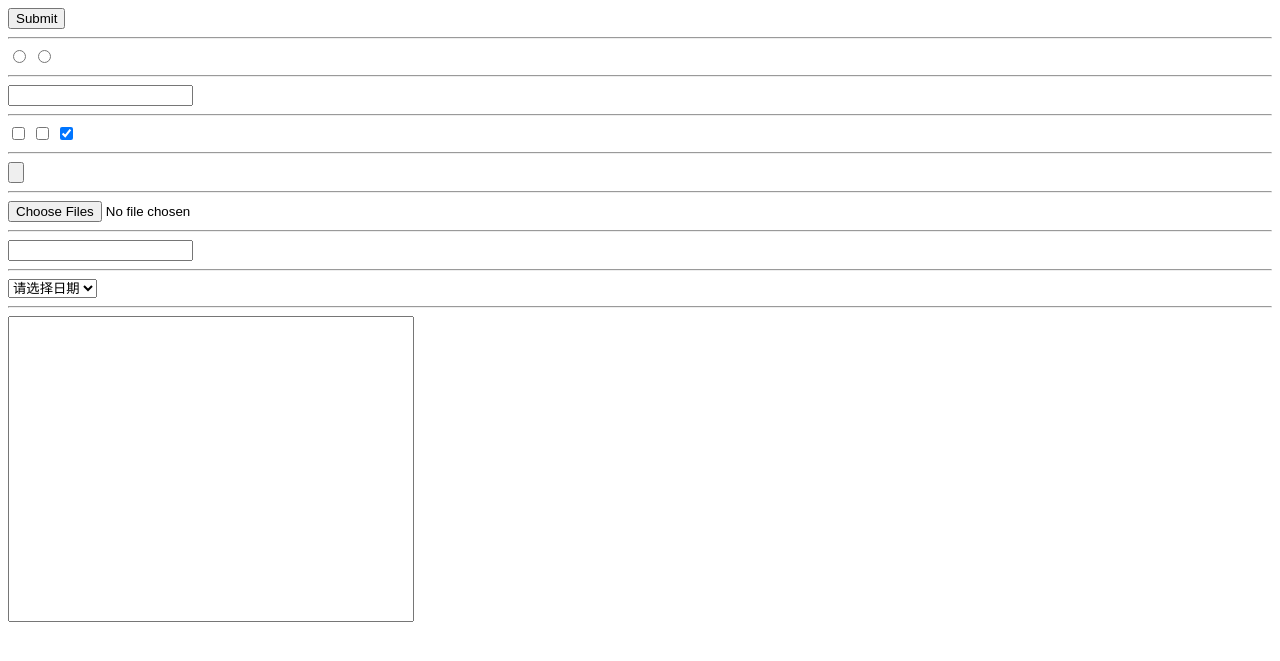
Repository: Lixianlai-2/html-demo-1
Page: input.html
The author's editor kept a copy of each file at every save. The page is drawn from the files as they stood at one save, then again after the next save.
The browser window is 1280 px wide. The pictures show the whole page.

Above is the page before, as saved 2021-11-27 23:16:52.

### input.html
<!DOCTYPE html>
<html lang="en">
  <head>
    <meta charset="UTF-8" />
    <meta http-equiv="X-UA-Compatible" content="IE=edge" />
    <meta name="viewport" content="width=device-width, initial-scale=1.0" />
    <title>Document</title>
  </head>
  <body>
    <form action="">
      <input type="submit" />
      <hr />
      <input type="radio" value="美女" name="选择" />
      <input type="radio" value="美食" name="选择" />
      <hr />
      <input type="text" required />
      <hr />
      <input type="checkbox" name="cb" />
      <input type="checkbox" name="cb" />
      <input type="checkbox" name="cb" checked />
      <hr />
      <input type="button" />
      <hr />
      <input type="file" multiple name="" id="" />
      <hr />
      <input type="number" />
      <hr />
      <select>
        <option value="">请选择日期</option>
        <option value="1">星期一</option>
        <option value="2">星期二</option>
      </select>
      <hr />

      <textarea
        style="resize: none; width: 400px; height: 300px"
        name=""
        id=""
        cols="30"
        rows="10"
      ></textarea>
    </form>
  </body>
</html>

After the next save:
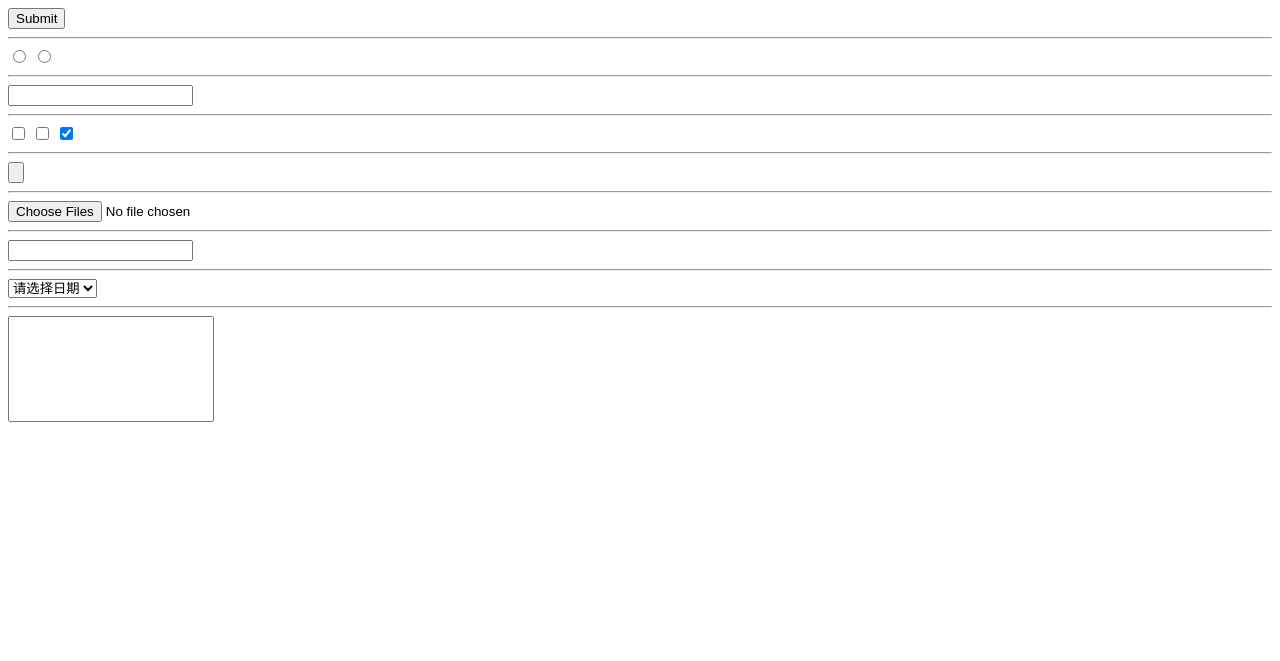
Saved 20 s later.
--- a/input.html
+++ b/input.html
@@ -33,7 +33,7 @@
       <hr />
 
       <textarea
-        style="resize: none; width: 400px; height: 300px"
+        style="resize: none; width: 200px; height: 100px"
         name=""
         id=""
         cols="30"
